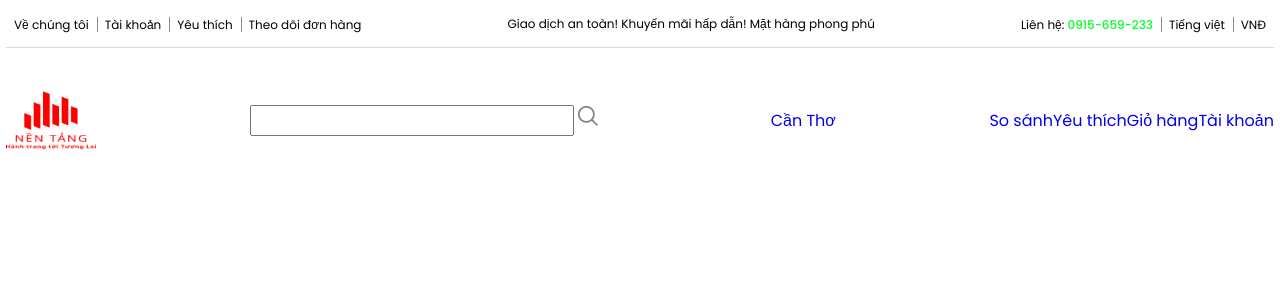
Repository: DucNghia2004/project_pro_01
Page: index.html
An editor plug-in stored every save of this project. The page is shown before and after the next save, followed by the edit.
The browser window is 1280 px wide. The pictures show the whole page.

Above is the page before, as saved 2024-05-30 21:21:49.

After the next save:
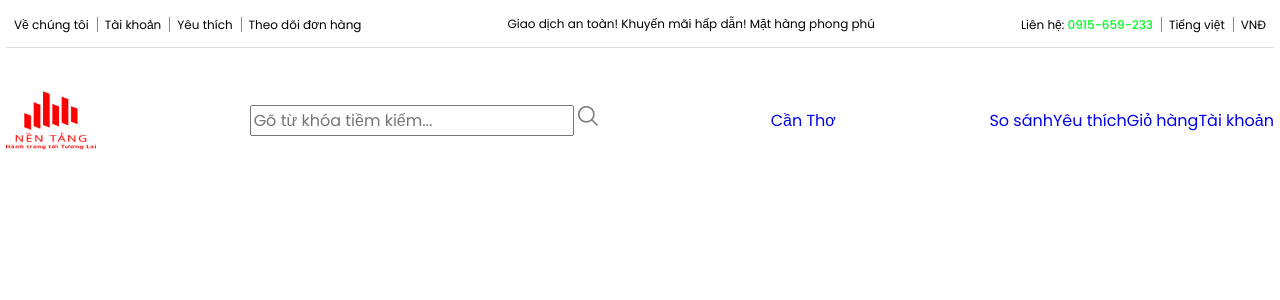
Saved 25 s later.
--- a/index.html
+++ b/index.html
@@ -86,7 +86,7 @@
                             name=""
                             id=""
                             class="search-form__input"
-                            p
+                            placeholder="Gõ từ khóa tiềm kiếm..."
                         />
                         <img
                             src="./shop_organic/shop_organic/theme/icons/search.png"
